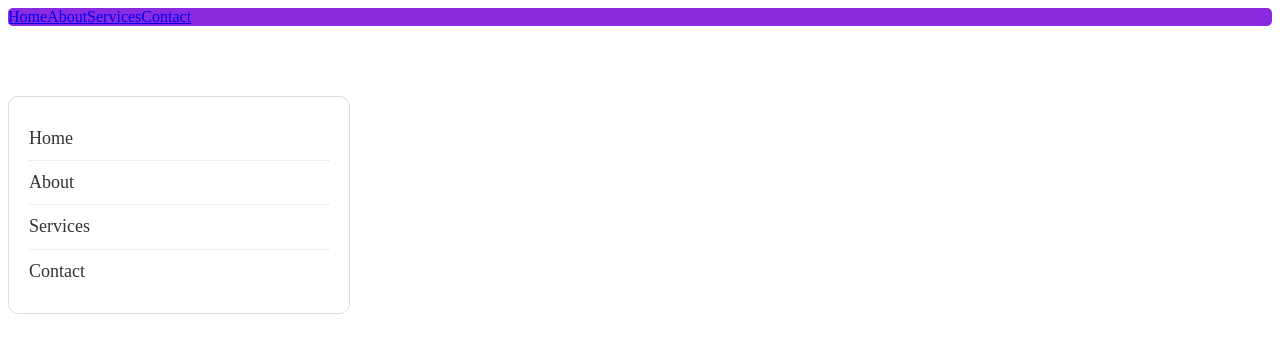
Repository: andiausrust/css-traversy
Page: menus/index.html
An editor plug-in stored every save of this project. The page is shown before and after the next save, followed by the edit.
The browser window is 1280 px wide. The pictures show the whole page.

Above is the page before, as saved 2020-08-20 11:29:14.

After the next save:
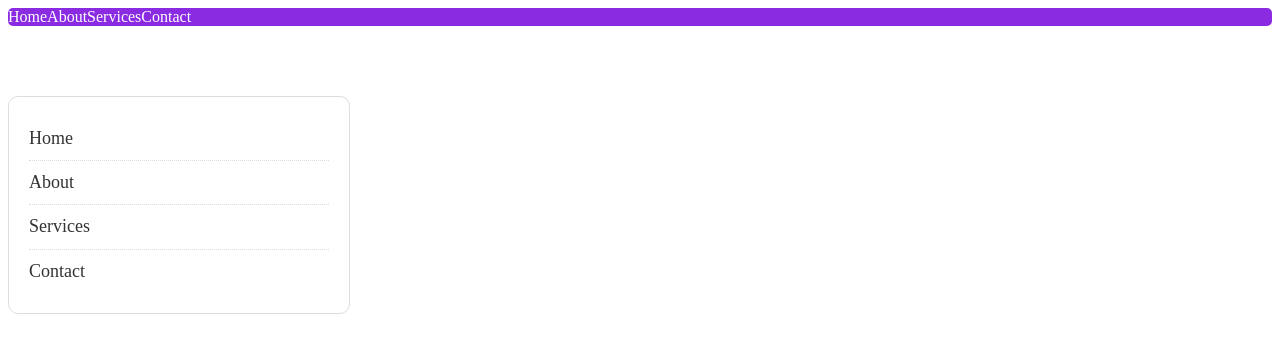
Saved 58 s later.
--- a/menus/css/style.css
+++ b/menus/css/style.css
@@ -38,3 +38,9 @@
 .navbar li {
     float: left;
 }
+
+.navbar li a {
+    color: white;
+    text-decoration: none;
+    display: block;
+}
